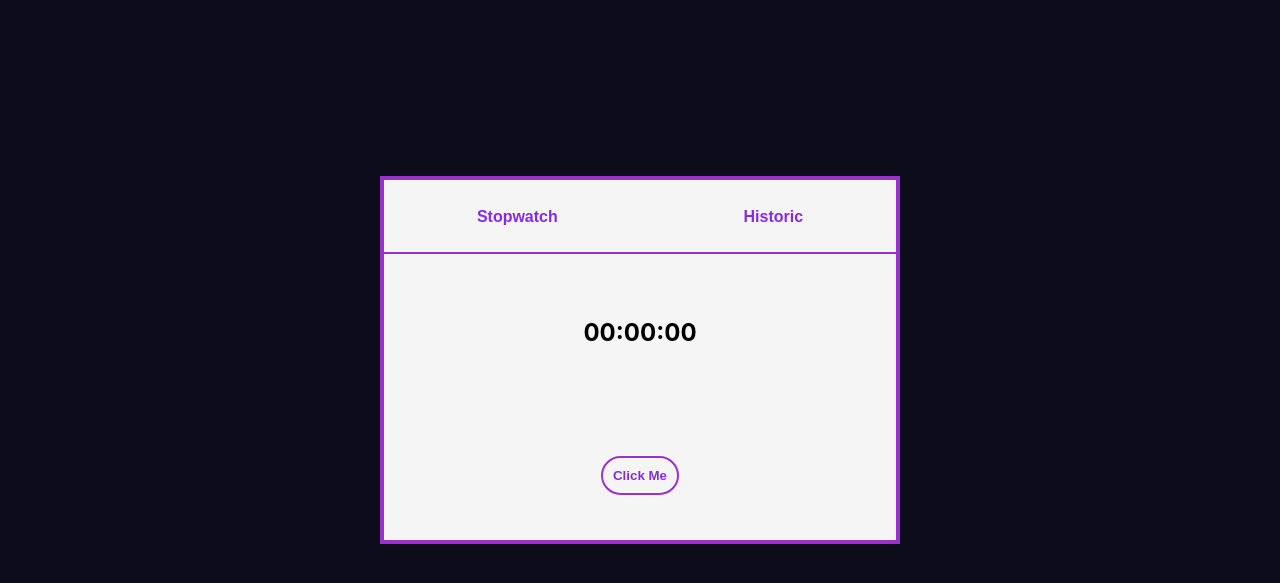
Repository: NicolasRSJ/fastdoubleclick
Page: /
These files come from the project's save history. The page is drawn as it stood at one moment and after the next save; the edit follows.
The browser window is 1280 px wide. The pictures show the whole page.
The project was rebuilt for these pictures with package versions that can differ from the ones it lists, and the page was loaded fresh each time.

Above is the page before, as saved 2022-10-27 22:35:25.

### src/App.js
import './App.css';
import { Stopwatch } from './Views/Stopwatch/Index';


function App() {
  return (
    <div className="App">
      <Stopwatch/>
    </div>
  );
}

export default App;

### src/App.css
.App {
  background-color: #0d0c1b;
  width: 100vw;
  height: 100vh;
  display: flex;
  flex-direction: column;
  align-items: center;
  justify-content: center;
  text-align: center;
}

### src/Views/Stopwatch/Index.jsx
import React, { useState, useEffect } from 'react'
import "./Index.css"

export const Stopwatch = () => {

    const [ time, setTime ] = useState(0)
    const [ start, setStart ] = useState(false)

    useEffect(() => {
        let interval = null;

        if(start) {
            interval = setInterval(() => {
                setTime((time) => time + 10);
                console.log(time)
            }, 10);
        }else if (!start){
            clearInterval(interval);
        }

        return () => clearInterval(interval)
    }, [start])

  return (
    <div className="container">
        <nav className="navigation">
            <p><a href='/'>Stopwatch</a></p>
            <p><a href='/historic'>Historic</a></p>
        </nav>
        <section className="contents">
            <h1>
                <span>{("0" + (Math.floor(time / 60000) % 60)).slice(-2)}:</span>
                <span>{("0" + (Math.floor(time / 1000) % 60)).slice(-2)}:</span>
                <span>{("0" + (Math.floor(time / 10) % 100)).slice(-2)}</span>
            </h1>
            <button onClick={() => {setStart(true)}}>Click Me</button>
        </section>
    </div>
  )
}

### src/Views/Stopwatch/Index.css
.container {
    width: 40%;
    height: 50vh;
    display: flex;
    flex-direction: column;
    background-color: whitesmoke;
    border: 4px solid darkorchid;
}

.navigation {
    width: 100%;
    height: 20%;
    display: flex;
    align-items: center;
    justify-content: space-around;
    border-bottom: 2px solid darkorchid;
}

.navigation p a {
    font-size: medium;
    font-weight: 600;
    text-decoration: none;
    font-family: sans-serif;
    color: blueviolet;
}

.contents {
    width: 100%;
    height: 80%;
    display: flex;
    align-items: center;
    justify-content: space-around;
    flex-direction: column;
}

.contents button {
    border: 2px solid darkorchid;
    border-radius: 100px;
    width: auto;
    height: auto;
    padding: 10px;
    background-color: whitesmoke;
    color: blueviolet;
    cursor: pointer;
    font-weight: 700;
}

.contents button:hover {
    border: none;
    background-color: darkorchid;
    color: white;
}

Loaded but not shown: public/index.html (common file); src/index.js (common file); src/index.css (common file); src/reportWebVitals.js (common file)

After the next save:
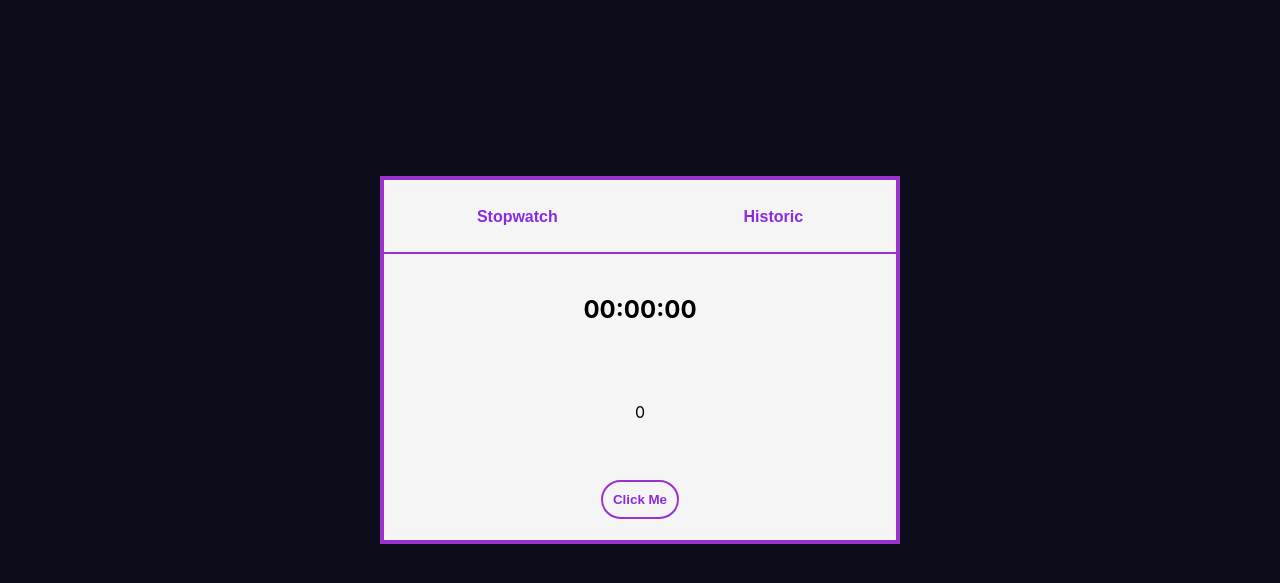
Saved 50 s later.
--- a/src/Views/Stopwatch/Index.jsx
+++ b/src/Views/Stopwatch/Index.jsx
@@ -33,6 +33,7 @@ export const Stopwatch = () => {
                 <span>{("0" + (Math.floor(time / 1000) % 60)).slice(-2)}:</span>
                 <span>{("0" + (Math.floor(time / 10) % 100)).slice(-2)}</span>
             </h1>
+            <p>{time}</p>
             <button onClick={() => {setStart(true)}}>Click Me</button>
         </section>
     </div>
